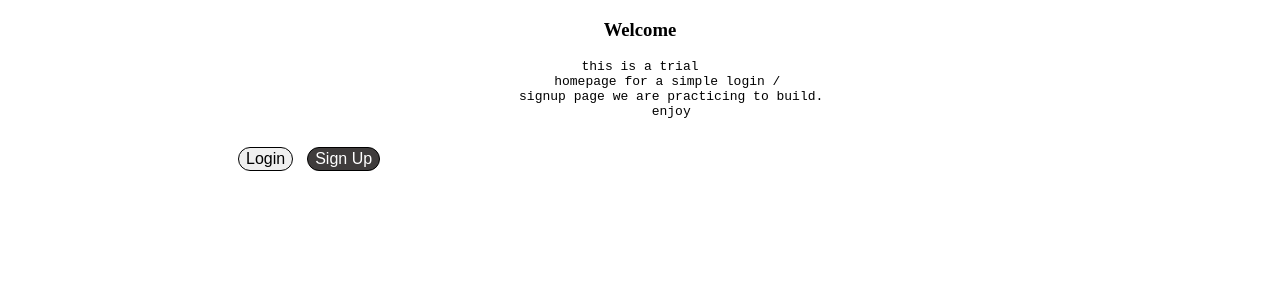
Repository: yhung004/TUTORIAL_PAGE
Page: home.html
The author's editor kept a copy of each file at every save. The page is drawn from the files as they stood at one save, then again after the next save.
The browser window is 1280 px wide. The pictures show the whole page.

Above is the page before, as saved 2024-04-10 00:06:17.

After the next save:
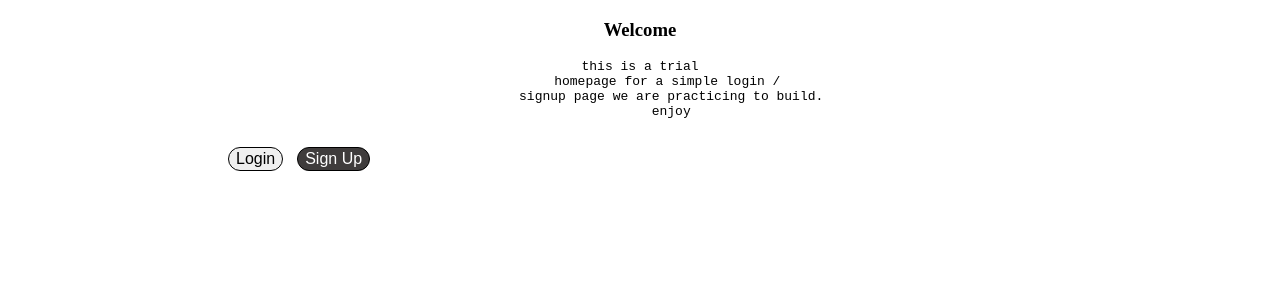
Saved 8 s later.
--- a/main.css
+++ b/main.css
@@ -6,7 +6,7 @@
 }
 .button_a {
     position: relative;
-    margin: 0 -200px 0 230px;
+    margin: 0 -200px 0 220px;
     border: 1px solid black;
     background-color:none;
     border-radius: 20px;

After the save that followed:
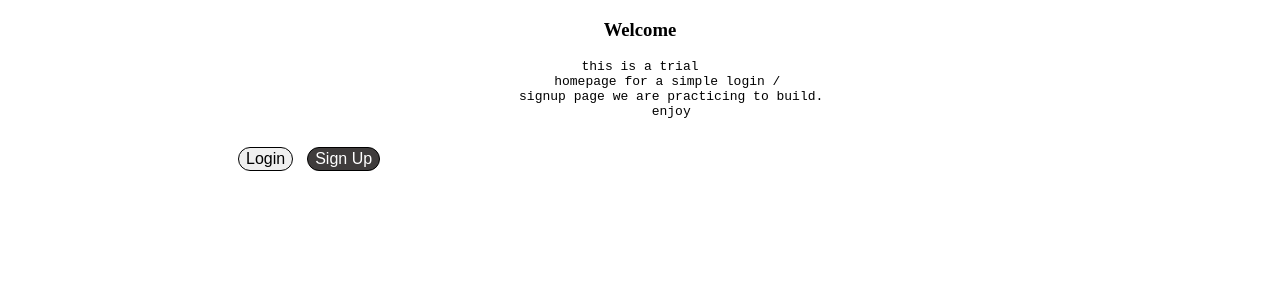
Saved 4 s later.
--- a/main.css
+++ b/main.css
@@ -6,7 +6,7 @@
 }
 .button_a {
     position: relative;
-    margin: 0 -200px 0 220px;
+    margin: 0 -200px 0 230px;
     border: 1px solid black;
     background-color:none;
     border-radius: 20px;
